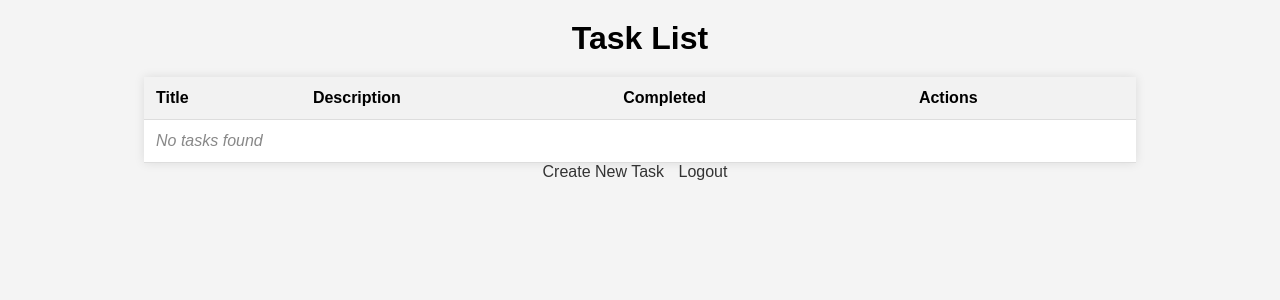
Repository: anchalsinghrajput/spring-MVC
Page: http://localhost/todoList/views/taskList.jsp
The author's editor kept a copy of each file at every save. The page is drawn from the files as they stood at one save, then again after the next save.
The browser window is 1280 px wide. The pictures show the whole page.
The page is served by Tomcat 10.

Above is the page before, as saved 2023-11-16 07:18:16.

After the next save:
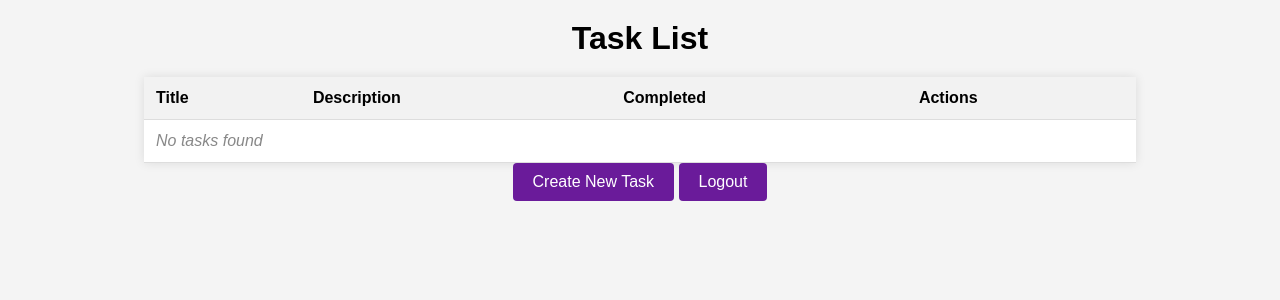
Saved 96 s later.
--- a/todoList/src/main/webapp/views/taskList.jsp
+++ b/todoList/src/main/webapp/views/taskList.jsp
@@ -34,13 +34,19 @@
         input[type="checkbox"] {
             cursor: pointer;
         }
-        a {
+        .button {
+            display: inline-block;
+            padding: 10px 20px;
             text-decoration: none;
-            color: #333;
-            margin-right: 10px;
+            color: #fff;
+            background-color: #6a1b9a;
+            border: none;
+            border-radius: 4px;
+            cursor: pointer;
+            transition: background-color 0.3s ease;
         }
-        a:hover {
-            text-decoration: underline;
+        .button:hover {
+            background-color: #9c27b0;
         }
         .no-tasks {
             font-style: italic;
@@ -50,7 +56,9 @@
             white-space: nowrap;
         }
         .action-links a {
+            display: inline-block;
             margin-right: 10px;
+            margin-bottom: 10px;
         }
     </style>
 </head>
@@ -77,8 +85,8 @@
                     <input type="checkbox" name="taskId" value="<%= task.getId() %>" <%= task.isCompleted() ? "checked" : "" %> onchange="this.form.submit()" />
                 </td>
                 <td class="action-links">
-                    <a href="/tasks/edit/<%= task.getId() %>">Edit</a>
-                    <a href="/tasks/delete/<%= task.getId() %>">Delete</a>
+                    <a href="/tasks/edit/<%= task.getId() %>" class="button">Edit</a>
+                    <a href="/tasks/delete/<%= task.getId() %>" class="button">Delete</a>
                 </td>
             </tr>
         <%
@@ -89,7 +97,7 @@
         %>
     </table>
 
-    <a href="/tasks/create">Create New Task</a>
-    <a href="/logout">Logout</a>
+    <a href="/tasks/create" class="button">Create New Task</a>
+    <a href="/logout" class="button">Logout</a>
 </body>
 </html>
